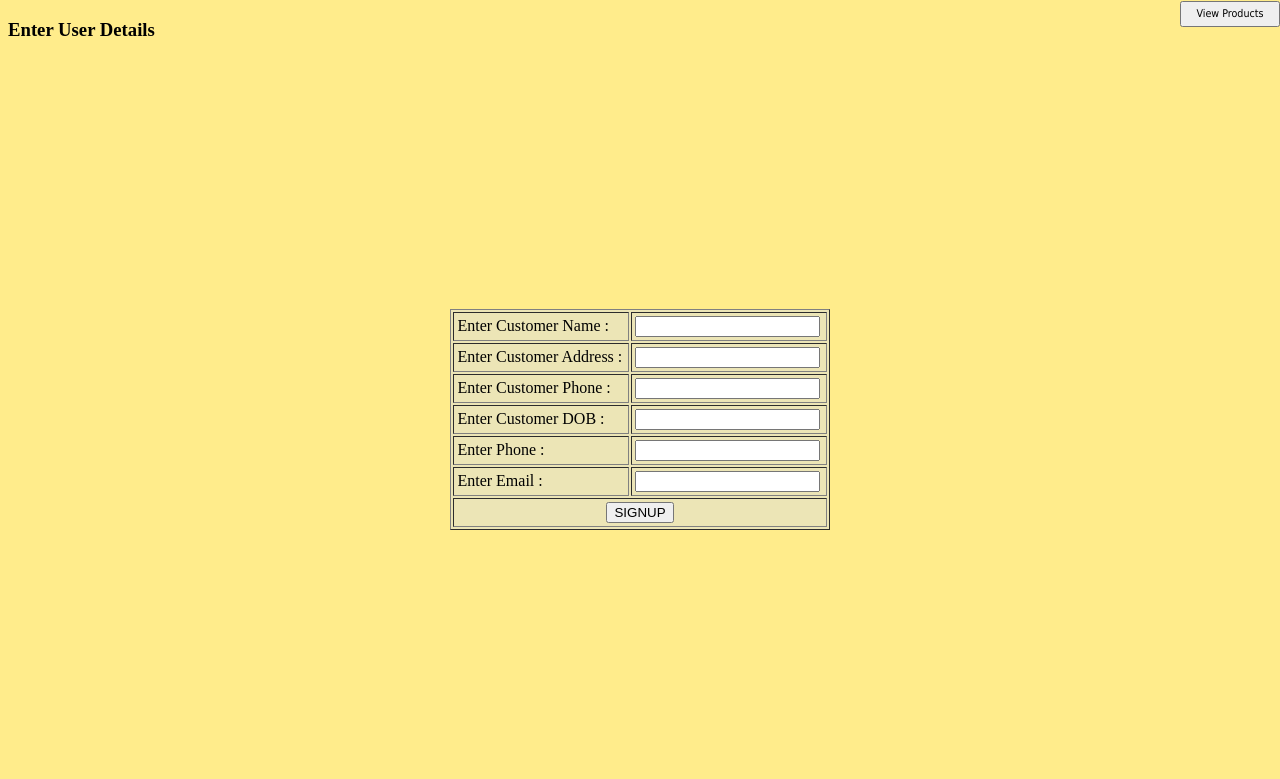
Repository: ankitasha/HomeProject
Page: http://localhost/insurance/WEB-INF/views/addcustomer.jsp
An editor plug-in stored every save of this project. The page is shown before and after the next save, followed by the edit.
The browser window is 1280 px wide. The pictures show the whole page.
The page is served by Tomcat 9. Nobody is signed in. Other server files are loaded and not shown. The template is opened directly, without the code that normally fills it, so the values that code supplies are empty.

Above is the page before, as saved 2017-05-03 08:35:57.

### insurance/src/main/webapp/WEB-INF/views/addcustomer.jsp
<%@ page language="java" contentType="text/html; charset=ISO-8859-1"
    pageEncoding="ISO-8859-1"%>
<!DOCTYPE html PUBLIC "-//W3C//DTD HTML 4.01 Transitional//EN" "http://www.w3.org/TR/html4/loose.dtd">
<html>
<head>
<meta http-equiv="Content-Type" content="text/html; charset=ISO-8859-1">
<title>Sign Up</title>
<style type="text/css">

#button {
     line-height: 12px;
     padding:5px;
     width: 100px;
     font-size: 8pt;
     font-family: tahoma;
     margin-top: 1px;
     margin-right: 0px;
     position:absolute;
     top:0;
     right:0;
 }

 #menu {
     line-height: 12px;
     padding:5px;
     width: 100px;
     font-size: 8pt;
     font-family: tahoma;
     margin-top: 1px;
     margin-right: 120px;
     position:absolute;
     top:0;
     right:0;
 }

   html, body {
    height: 100%;
  }
  #tableContainer-1 {
    height: 100%;
    width: 100%;
    display: table;
  }
  #tableContainer-2 {
    vertical-align: middle;
    display: table-cell;
    height: 100%;
  }
  #myTable {
    margin: 0 auto;
  }
</style>
</head>
<h3>Enter User Details</h3>
<body style="background-color: #FFEC8B">
	  <div id="tableContainer-1">
  	    <div id="tableContainer-2">
          <form method="post" action="addcustomer">
             <center>
               <table id="myTable" border="1" width="30%" cellpadding="3" style="background-color: #ECE5B6;" WIDTH="30%">

                    <tr>
                        <td> Enter Customer Name : </td><td><input name="name"  /> </td>
                    </tr>
                    <tr>
                        <td> Enter Customer Address : </td><td> <input name="address" /> </td>
                    </tr>
                    <tr>
                        <td> Enter Customer Phone : </td><td> <input name="phone" /> </td>
                    </tr>
                    <tr>
                        <td> Enter Customer DOB : </td><td> <input name="dob" /> </td>
                    </tr>
                    <tr>
                        <td> Enter Phone : </td><td> <input name="phone" /> </td>
                    </tr>
                    <tr>
                        <td> Enter Email : </td><td> <input name="email" /> </td>
                    </tr>
                    <tr>
                      <td colspan="2" align="center"><input type="submit" value="SIGNUP" /></td>
                    </tr>
              </table>
            </center>
        </form>
        <form method="get" action="homepage">
   			 <button id="button" type="submit">View Products</button>
		</form>
</body>
</html>

After the next save:
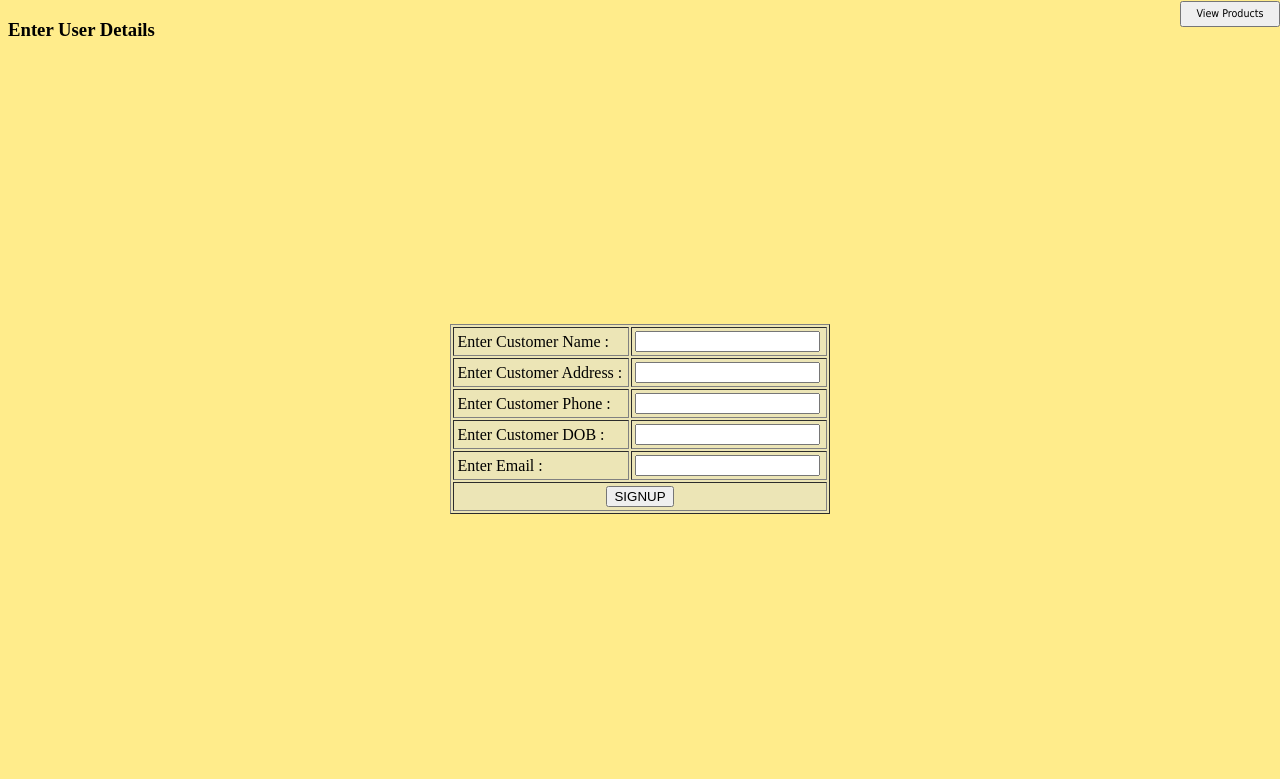
Saved 26 s later.
--- a/insurance/src/main/webapp/WEB-INF/views/addcustomer.jsp
+++ b/insurance/src/main/webapp/WEB-INF/views/addcustomer.jsp
@@ -72,9 +72,6 @@
                         <td> Enter Customer DOB : </td><td> <input name="dob" /> </td>
                     </tr>
                     <tr>
-                        <td> Enter Phone : </td><td> <input name="phone" /> </td>
-                    </tr>
-                    <tr>
                         <td> Enter Email : </td><td> <input name="email" /> </td>
                     </tr>
                     <tr>
